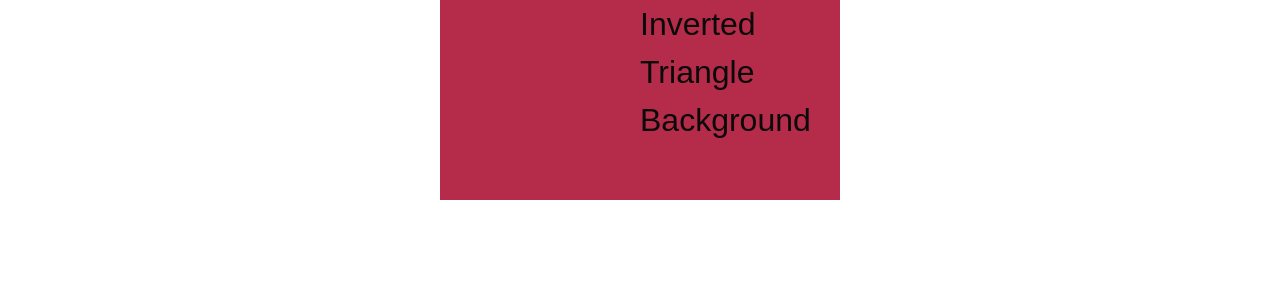
Repository: FrontendProjectsNL/mijn-portfolio-project
Page: /test-skewed-triangle
These files come from the project's save history. The page is drawn as it stood at one moment and after the next save; the edit follows.
The browser window is 1280 px wide. The pictures show the whole page.
The project was rebuilt for these pictures with package versions that can differ from the ones it lists, and the page was loaded fresh each time. The framework's server and built-in components were replaced by stand-ins that run in the browser. Also part of the build but not shown: next.config.mjs.

Above is the page before, as saved 2024-10-23 00:25:20.

After the next save:
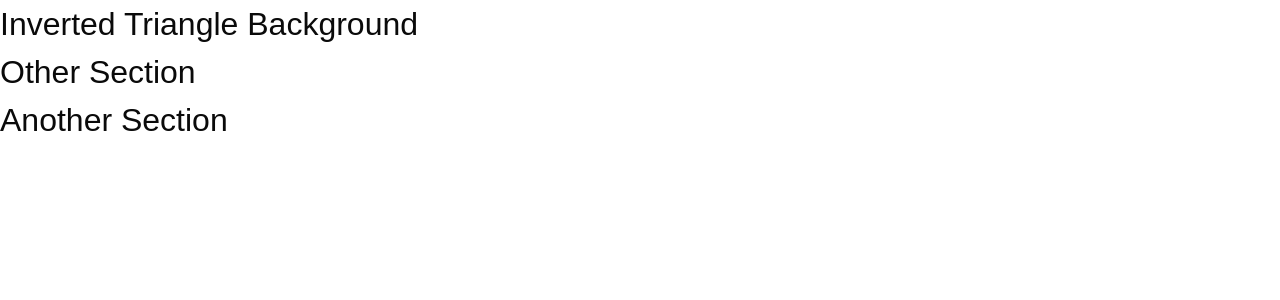
Saved 21 s later.
--- a/app/test-skewed-triangle/skewed-triangle.css
+++ b/app/test-skewed-triangle/skewed-triangle.css
@@ -1,4 +1,4 @@
-.bg-berry {
+/* .bg-berry {
   background: #b52b4a;
 }
 
@@ -20,4 +20,4 @@
 h1 {
   font-size: 32px;
   font-weight: 500;
-}
+} */
